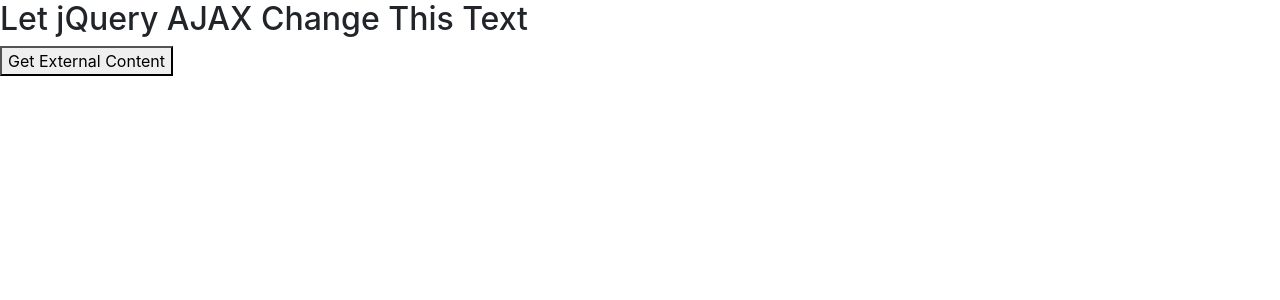
Repository: mindcafe/LiveDataDisplayFrontend
Page: LatestWorkspace/AlMark/WebContent/index2.html
An editor plug-in stored every save of this project. The page is shown before and after the next save, followed by the edit.
The browser window is 1280 px wide. The pictures show the whole page.

Above is the page before, as saved 2018-07-01 00:28:54.

### LatestWorkspace/AlMark/WebContent/index2.html
<!DOCTYPE html PUBLIC "-//W3C//DTD HTML 4.01 Transitional//EN" "http://www.w3.org/TR/html4/loose.dtd">
<html>
<head>
<meta http-equiv="Content-Type" content="text/html; charset=ISO-8859-1">
<title>ALMark</title>
<meta name="viewport" content="width=device-width, initial-scale=1">
  <link rel="stylesheet" href="libraries/bootstrap.min.css">
<!--   <script src="libraries/jquery-3.3.1.min.js"></script>
 -->
 <script src="https://ajax.googleapis.com/ajax/libs/jquery/3.3.1/jquery.min.js"></script>
   <script src="libraries/jquery-3.3.1.min.map"></script>
  <script src="libraries/bootstrap.bundle.min.js"></script>

  <script>
$(document).ready(function(){
    $("button").click(function(){
        $.ajax({url: 'xml/witsmlData_1sec.xml',/*
        	dataType: 'xml' */ success: function(result){
           	console.log(result);

           	var a = $(result).find('note').find('to').text();
           	var b = $(result).find('note').find('body').text();
           	/* console.log(s); */

           	$('#div1').append(a + '             ' + b);
        	/* $("#div1").html(s); */

        }});
    });
});
</script>

 </head>
<body>

<div id="div1"><h2>Let jQuery AJAX Change This Text</h2></div>

<button>Get External Content</button>

</div>
</body>
</html>

Loaded but not shown: LatestWorkspace/AlMark/WebContent/libraries/bootstrap.min.css (library); LatestWorkspace/AlMark/WebContent/libraries/bootstrap.bundle.min.js (library)

After the next save:
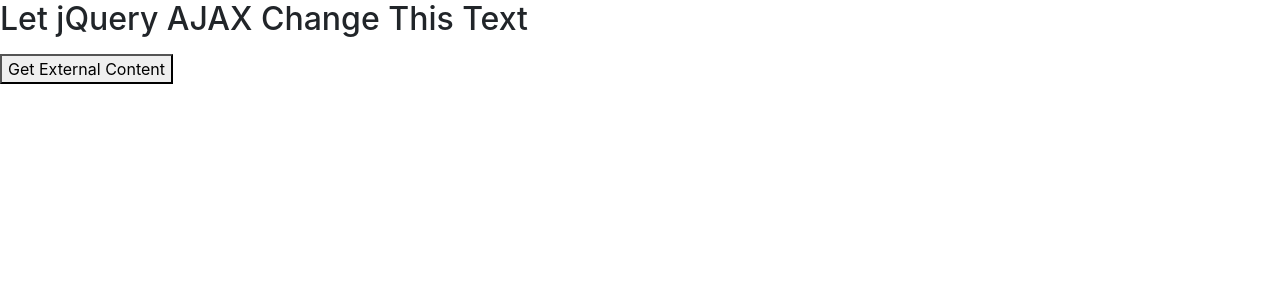
Saved 2 min 34 s later.
--- a/LatestWorkspace/AlMark/WebContent/index2.html
+++ b/LatestWorkspace/AlMark/WebContent/index2.html
@@ -8,23 +8,31 @@
 <!--   <script src="libraries/jquery-3.3.1.min.js"></script>
  -->
  <script src="https://ajax.googleapis.com/ajax/libs/jquery/3.3.1/jquery.min.js"></script>
-   <script src="libraries/jquery-3.3.1.min.map"></script>
+   <!-- <script src="libraries/jquery-3.3.1.min.map"></script> -->
   <script src="libraries/bootstrap.bundle.min.js"></script>
 
   <script>
 $(document).ready(function(){
     $("button").click(function(){
-        $.ajax({url: 'xml/witsmlData_1sec.xml',/*
-        	dataType: 'xml' */ success: function(result){
+
+        $.ajax({url: 'https://66cfdaeb-3982-4599-af5a-03db28e5741d.mock.pstmn.io/witsLogData', success: function(result){
            	console.log(result);
 
-           	var a = $(result).find('note').find('to').text();
-           	var b = $(result).find('note').find('body').text();
-           	/* console.log(s); */
-
-           	$('#div1').append(a + '             ' + b);
-        	/* $("#div1").html(s); */
-
+           	var a = $(result).find('log').find('name').text();
+           	console.log(a);
+            $(result).find('log logData').each(function() {
+           		var s = $(this).find('data').text();
+            console.log(s);
+           	/* console.log(a); */
+           	$('#div1 ul').append
+           		(
+           		$( '<li />',
+           			{
+						text: s
+           			}
+           		)
+           	);
+           	});
         }});
     });
 });
@@ -33,10 +41,12 @@
  </head>
 <body>
 
-<div id="div1"><h2>Let jQuery AJAX Change This Text</h2></div>
+<div id="div1"><h2>Let jQuery AJAX Change This Text</h2>
+<ul>
+</ul>
+</div>
 
 <button>Get External Content</button>
 
-</div>
 </body>
 </html>
